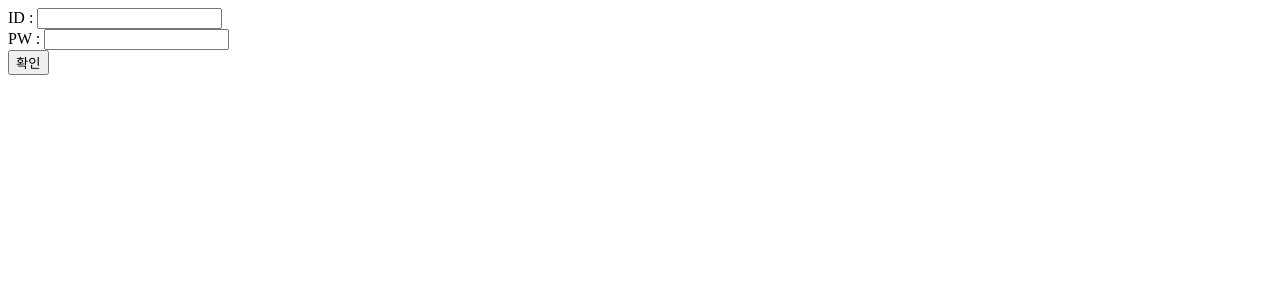
Repository: gowjd4419/jsp
Page: http://localhost/JSPBasic/jspobject/cookie/cookie_login.jsp
An editor plug-in stored every save of this project. The page is shown before and after the next save, followed by the edit.
The browser window is 1280 px wide. The pictures show the whole page.
The page is served by Tomcat 9.

Above is the page before, as saved 2022-03-28 11:52:54.

### JSPBasic/src/main/webapp/jspobject/cookie/cookie_login.jsp
<%@ page language="java" contentType="text/html; charset=UTF-8"
    pageEncoding="UTF-8"%>
<!DOCTYPE html>
<html>
<head>
<meta charset="UTF-8">
<title>Insert title here</title>
</head>
<body>
    <%-- form을 이용해
    목적지 : cookie_login_check.jsp, 메서드 : post
    name : id name : pw 를 submit 버튼을 통해 전달하기 --%>
    <form action=http://localhost:8181/JSPBasic/jspobject/cookie/cookie_check.jsp method=post>
    ID : <input type = "text" name="id"><br>
    PW : <input type = "password" name="pw"><br>
    <input type="submit" value="확인">
    </form>
</body>
</html>

After the next save:
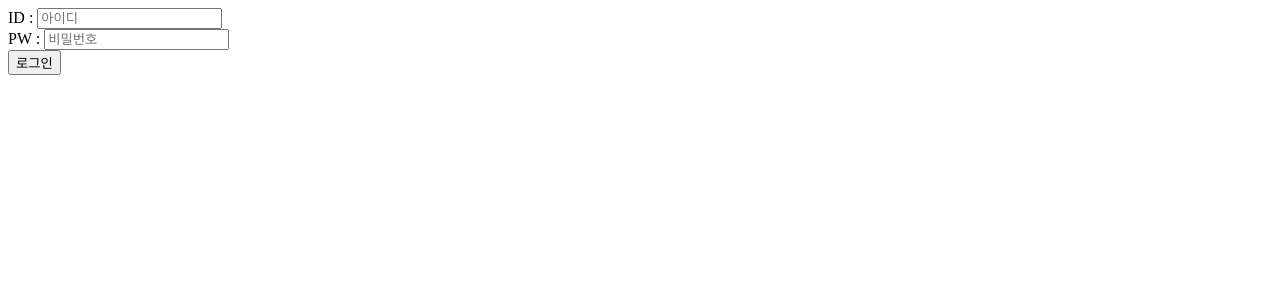
Saved 9 min 44 s later.
--- a/JSPBasic/src/main/webapp/jspobject/cookie/cookie_login.jsp
+++ b/JSPBasic/src/main/webapp/jspobject/cookie/cookie_login.jsp
@@ -11,9 +11,9 @@
     목적지 : cookie_login_check.jsp, 메서드 : post
     name : id name : pw 를 submit 버튼을 통해 전달하기 --%>
     <form action=http://localhost:8181/JSPBasic/jspobject/cookie/cookie_check.jsp method=post>
-    ID : <input type = "text" name="id"><br>
-    PW : <input type = "password" name="pw"><br>
-    <input type="submit" value="확인">
+    ID : <input type = "text" name="id" placeholder="아이디"><br>
+    PW : <input type = "password" name="pw" placeholder="비밀번호"><br>
+    <input type="submit" value="로그인">
     </form>
 </body>
 </html>
